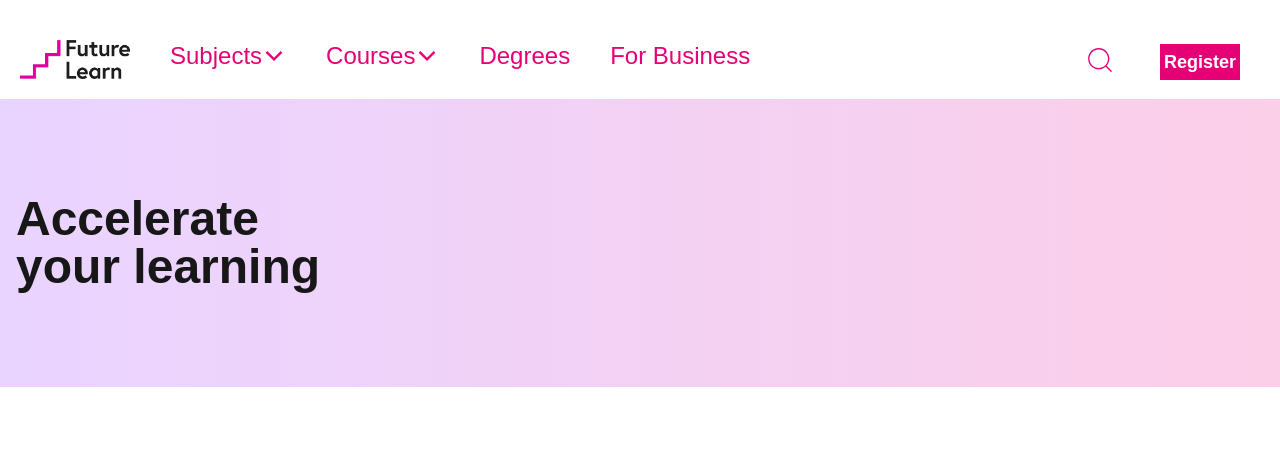
Repository: Aayu0981/Courses-App
Page: / (app in my-app/)
These files come from the project's save history. The page is drawn as it stood at one moment and after the next save; the edit follows.
The browser window is 1280 px wide. The pictures show the whole page.
The project was rebuilt for these pictures with package versions that can differ from the ones it lists, and the page was loaded fresh each time. The framework's server and built-in components were replaced by stand-ins that run in the browser. Also part of the build but not shown: my-app/next.config.ts.

Above is the page before, as saved 2025-11-21 13:55:09.

### my-app/app/page.tsx
import Nav from './Components/Nav'
import MidPAges from './Components/MidP'



export default function Home(){

  return(<div>
   <Nav/>
   <MidPAges/>
  </div>)
}

### my-app/app/Components/Nav.tsx
'use client'
import Image from "next/image"
import { CiSearch } from "react-icons/ci";
import Subject from "./Subject";
import Courses from "./Courses";


export default function Nav(){
  return(

<nav className="m-5 mt-10  bg-white   flex    text-xl ">

  {/* Left logo */}
<div className="flex gap-10 text-2xl" >
   <Image src="/F2.png" alt="IconeImage" height={50} width={110}/>
   <Subject />
   <Courses/>
  <span className=" text-pink-600 hover:text-blue-700">Degrees</span>
  <span className=" w-full whitespace-nowrap overflow-visible  text-pink-600 hover:text-blue-700">For Business</span>
</div>

{/* right part of nav */}
<div  className="flex  gap-10 absolute top-1 right-10 mt-10 text-pink-600 ">
  <CiSearch className="h-8 w-10 hover:text-blue-600  text-2xl" />
  <button className=" text-white bg-pink-600 hover:bg-blue-600 font-semibold text-lg px-1 py-1 ">Register</button>
</div>
</nav>


 )

}

### my-app/app/Components/MidP.tsx
import { MdStarRate } from "react-icons/md";
import { IoMdStarHalf } from "react-icons/io";

500
export default function MidPAges(){
    return(<div className=" ">

        {/* left part */}
        <section className="bg-gradient-to-r from-purple-200 to-pink-200 py-16 md:py-24">
            <div className="container mx-auto px-4">
                {/* 2coolssam */}
                <div className="grid md:grid-cols-2 gap-8 items-start">
                    {/* left part */}

                    <div>
                        <h1 className="text-4xl md:text-5xl font-extrabold  text-futurelern-purple lea">Accelerate <br/> your learning  </h1>
                    </div>
                </div>
            </div>
        </section>





    </div>)
}

### my-app/app/Components/Subject.tsx
'use client';
import { useState } from "react";

import { IoChevronUpOutline } from "react-icons/io5";

import {IoChevronDownSharp  } from "react-icons/io5";



export default function Subject(){

const[open ,setOpen]=useState(false);


    return(<div className="w-full max-w-sm mx-auto">

    <div onClick={()=>setOpen(!open)} className="flex justify-between items-center cursor-pointer select-none text-pink-600 hover:text-blue-600 text-2xl">
        <span className="">Subjects </span>
        <span className="">{open ? <IoChevronUpOutline />:<IoChevronDownSharp/> }</span>
    </div>

    {open && (
        <ul  className="bg-gray-100 p-3 space-y-2">
            <li>Math</li>
              <li>Math</li>
                <li>Math</li>
        </ul>
    )}
    </div>

);
}

### my-app/app/Components/Courses.tsx
'use client';
import { useState } from "react";

import { IoChevronUpOutline } from "react-icons/io5";

import {IoChevronDownSharp  } from "react-icons/io5";

export default function Courses(){
      const[open ,setOpen]=useState(false);

      return(<div className="w-full max-w-sm mx-auto ">

            <div onClick={()=>setOpen(!open)} className="flex justify-between items-center cursor-pointer select-none  text-pink-600 hover:text-blue-600 text-2xl">
                <span >Courses</span>
                <span>{open ? <IoChevronUpOutline />:<IoChevronDownSharp/> }</span>
            </div>

            {open && (
                <ul  className="bg-gray-100 p-3 space-y-2">
                    <li>Math</li>
                      <li>Math</li>
                        <li>Math</li>
                </ul>
            )}
            </div>

        );
        }

Loaded but not shown: my-app/app/layout.tsx (common file); my-app/app/globals.css (common file)

After the next save:
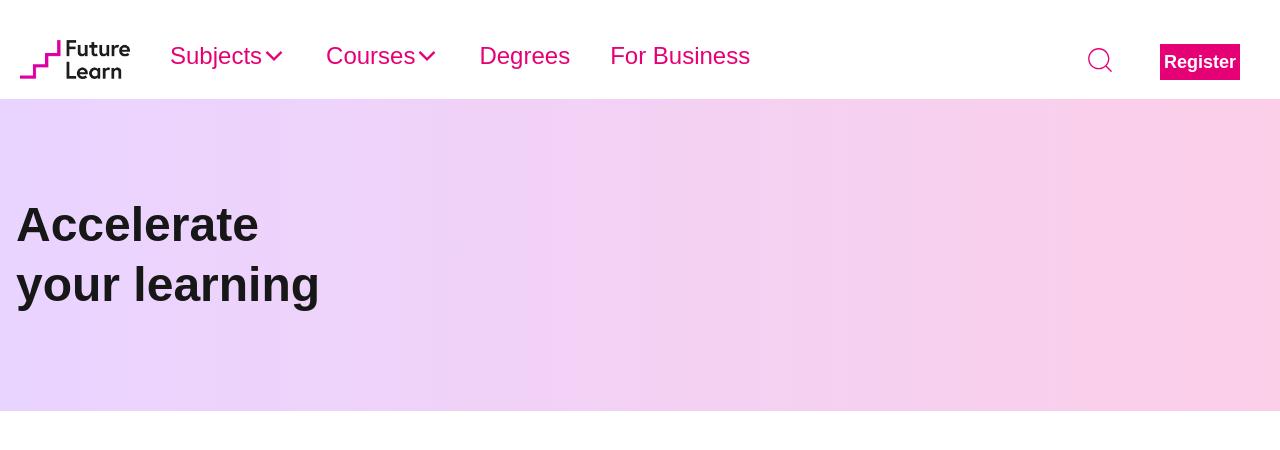
Saved 6 s later.
--- a/my-app/app/Components/MidP.tsx
+++ b/my-app/app/Components/MidP.tsx
@@ -13,7 +13,7 @@
                     {/* left part */}
 
                     <div>
-                        <h1 className="text-4xl md:text-5xl font-extrabold  text-futurelern-purple lea">Accelerate <br/> your learning  </h1>
+                        <h1 className="text-4xl md:text-5xl font-extrabold  text-futurelern-purple leading-tight">Accelerate <br/> your learning  </h1>
                     </div>
                 </div>
             </div>
